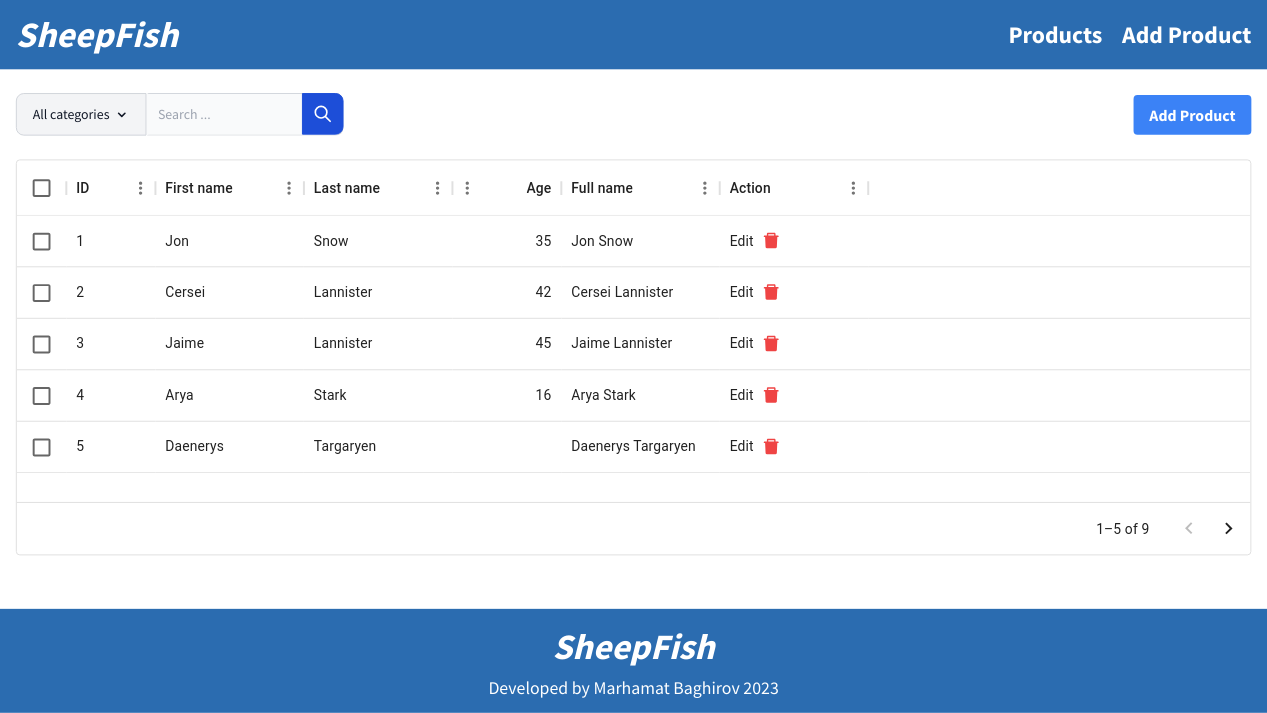
Repository: Marhamat92/sheep-fish-task
Page: /
An editor plug-in stored every save of this project. The page is shown before and after the next save, followed by the edit.
The browser window is 1280 px wide. The pictures show the whole page, at 99% of full size.
The project was rebuilt for these pictures with package versions that can differ from the ones it lists, and the page was loaded fresh each time. Also part of the build but not shown: src/App.css.

Above is the page before, as saved 2023-03-28 18:00:43.

### public/index.html
<!DOCTYPE html>
<html lang="en">

<head>
  <meta charset="utf-8" />
  <link rel="icon" href="%PUBLIC_URL%/favicon.ico" />
  <meta name="viewport" content="width=device-width, initial-scale=1" />
  <meta name="theme-color" content="#000000" />
  <meta name="description" content="Web site created using create-react-app" />
  <link rel="apple-touch-icon" href="%PUBLIC_URL%/logo192.png" />
  <link rel="preconnect" href="https://fonts.googleapis.com">
  <link rel="preconnect" href="https://fonts.gstatic.com" crossorigin>
  <link href="https://fonts.googleapis.com/css2?family=Source+Sans+Pro:wght@200;300;400;600;700;900&display=swap"
    rel="stylesheet">
  <!--
      manifest.json provides metadata used when your web app is installed on a
      user's mobile device or desktop. See https://developers.google.com/web/fundamentals/web-app-manifest/
    -->
  <link rel="manifest" href="%PUBLIC_URL%/manifest.json" />
  <!--
      Notice the use of %PUBLIC_URL% in the tags above.
      It will be replaced with the URL of the `public` folder during the build.
      Only files inside the `public` folder can be referenced from the HTML.

      Unlike "/favicon.ico" or "favicon.ico", "%PUBLIC_URL%/favicon.ico" will
      work correctly both with client-side routing and a non-root public URL.
      Learn how to configure a non-root public URL by running `npm run build`.
    -->
  <title>SheepFish</title>
</head>

<body>
  <noscript>You need to enable JavaScript to run this app.</noscript>
  <div id="root"></div>
  <!--
      This HTML file is a template.
      If you open it directly in the browser, you will see an empty page.

      You can add webfonts, meta tags, or analytics to this file.
      The build step will place the bundled scripts into the <body> tag.

      To begin the development, run `npm start` or `yarn start`.
      To create a production bundle, use `npm run build` or `yarn build`.
    -->
</body>

</html>

### src/index.css
@tailwind base;
@tailwind components;
@tailwind utilities;


body {
  font-family: 'Source Sans Pro', sans-serif;
}

code {
  font-family: 'Source Sans Pro', sans-serif;
}

### src/App.tsx
import React from "react";
import logo from "./logo.svg";
import "./App.css";
import Header from "./components/Header";
import Layout from "./Layout/Layout";
import BaseRouter from "./routes";

function App() {
  return (
    <div>
      <Layout>
        <BaseRouter />
      </Layout>
    </div>
  );
}

export default App;

### src/Layout/Layout.tsx
import React from "react";
import Header from "../components/Header";
import Footer from "../components/Footer";

type Props = {
  children: React.ReactNode;
};

const Layout = ({ children }: Props) => {
  return (
    <div>
      <Header />
      {children}
      <Footer />
    </div>
  );
};

export default Layout;

### src/routes.js
import { Route, Routes } from "react-router-dom";
import React from "react";
import ProductList from "./pages/Products/ProductList";
import AddProduct from "./pages/Products/AddProduct";

const BaseRouter = () => (
  <Routes>
    <Route exact path="/" element={
      <ProductList />
    } />
    <Route exact path="/products"
      element={
        <ProductList />
      }
    />
    <Route exact path="/products/add" element={
      <AddProduct />
    } />
  </Routes>
);

export default BaseRouter;

### src/components/Header.tsx
import React, { useEffect, useState } from "react";
import { Link } from "react-router-dom";
import { BiMenu } from "react-icons/bi";

type Props = {};

const Header = (props: Props) => {
  const [mobileMenu, setMobileMenu] = useState(false);
  const [showMobileMenu, setShowMobileMenu] = useState(false);

  const checkScreenSize = () => {
    if (window.innerWidth <= 768) {
      setMobileMenu(true);
    } else {
      setMobileMenu(false);
      setShowMobileMenu(false);
    }
  };

  useEffect(() => {
    checkScreenSize();
    window.addEventListener("resize", checkScreenSize);
    return () => {
      window.removeEventListener("resize", checkScreenSize);
    };
  }, [mobileMenu]);

  return (
    <div className=' bg-mainPrimary '>
      <div className='container flex flex-row justify-between items-center py-2'>
        <div>
          <h1
            className='
            text-4xl font-bold text-white italic
          '
          >
            SheepFish
          </h1>
        </div>
        {mobileMenu ? (
          <BiMenu
            onClick={() => {
              setShowMobileMenu(true);
            }}
            className='text-3xl text-white'
          />
        ) : (
          <div className='flex flex-row justify-between space-x-5'>
            <Link to='/products'>
              <div
                className='text-2xl font-bold text-white hover:underline transition-all duration-300
          cursor-pointer'
              >
                Products
              </div>
            </Link>
            <Link to='/products/add'>
              <div className='text-2xl font-bold text-white hover:underline transition-all duration-300 cursor-pointer'>
                Add Product
              </div>
            </Link>
          </div>
        )}
        {showMobileMenu && (
          <div className='bg-mainTertiary h-screen absolute top-0 left-0 right-0 '>
            <div className='flex flex-col justify-center items-center'>
              <div className='text-2xl font-bold text-white hover:underline transition-all duration-300 cursor-pointer'>
                Products
              </div>
              <div className='text-2xl font-bold text-white hover:underline transition-all duration-300 cursor-pointer'>
                Add Product
              </div>
            </div>
          </div>
        )}
      </div>
    </div>
  );
};

export default Header;

### src/components/Footer.tsx
import React from "react";

type Props = {};

const Footer = ({}: Props) => {
  return (
    <div className='bg-mainPrimary py-3 absolute bottom-0 w-full'>
      <div className='container mx-auto flex flex-col items-center justify-center'>
        <h1 className='text-4xl font-bold text-white italic text-center'>
          SheepFish
        </h1>
        <p className='text-white font-regular text-lg text-center'>
          Developed by Marhamat Baghirov {new Date().getFullYear()}
        </p>
      </div>
    </div>
  );
};

export default Footer;

### src/pages/Products/ProductList.tsx
import React from "react";
import SearchField from "../../components/SearchField";
import ListTable from "../../components/ListTable";

type Props = {};

function ProductList({}: Props) {
  const rows = [
    { id: 1, lastName: "Snow", firstName: "Jon", age: 35 },
    { id: 2, lastName: "Lannister", firstName: "Cersei", age: 42 },
    { id: 3, lastName: "Lannister", firstName: "Jaime", age: 45 },
    { id: 4, lastName: "Stark", firstName: "Arya", age: 16 },
    { id: 5, lastName: "Targaryen", firstName: "Daenerys", age: null },
    { id: 6, lastName: "Melisandre", firstName: null, age: 150 },
    { id: 7, lastName: "Clifford", firstName: "Ferrara", age: 44 },
    { id: 8, lastName: "Frances", firstName: "Rossini", age: 36 },
    { id: 9, lastName: "Roxie", firstName: "Harvey", age: 65 },
  ];

  return (
    <div className='container mt-6'>
      <div className='flex justify-between items-center'>
        <div>
          <SearchField />
        </div>
        <div>
          <button className='bg-blue-500 hover:bg-blue-700 text-white font-bold py-2 px-4 rounded'>
            Add Product
          </button>
        </div>
      </div>
      <div className='mt-6'>
        <ListTable dataRows={rows} />
      </div>
    </div>
  );
}

export default ProductList;

### src/components/SearchField.tsx
import React from "react";

type Props = {};

const SearchField = (props: Props) => {
  return (
    <form className=''>
      <div className='flex'>
        <label
          htmlFor='search-dropdown'
          className='mb-2 text-sm font-medium text-gray-900 sr-only dark:text-white'
        >
          Your Email
        </label>
        <button
          id='dropdown-button'
          data-dropdown-toggle='dropdown'
          className='flex-shrink-0 z-10 inline-flex items-center py-2.5 px-4 text-sm font-medium text-center text-gray-900 bg-gray-100 border border-gray-300 rounded-l-lg hover:bg-gray-200 focus:ring-4 focus:outline-none focus:ring-gray-100 dark:bg-gray-700 dark:hover:bg-gray-600 dark:focus:ring-gray-700 dark:text-white dark:border-gray-600'
          type='button'
        >
          All categories{" "}
          <svg
            aria-hidden='true'
            className='w-4 h-4 ml-1'
            fill='currentColor'
            viewBox='0 0 20 20'
            xmlns='http://www.w3.org/2000/svg'
          >
            <path
              fill-rule='evenodd'
              d='M5.293 7.293a1 1 0 011.414 0L10 10.586l3.293-3.293a1 1 0 111.414 1.414l-4 4a1 1 0 01-1.414 0l-4-4a1 1 0 010-1.414z'
              clip-rule='evenodd'
            ></path>
          </svg>
        </button>
        <div
          id='dropdown'
          className='z-10 hidden bg-white divide-y divide-gray-100 rounded-lg shadow w-44 dark:bg-gray-700'
        >
          <ul
            className='py-2 text-sm text-gray-700 dark:text-gray-200'
            aria-labelledby='dropdown-button'
          >
            <li>
              <button
                type='button'
                className='inline-flex w-full px-4 py-2 hover:bg-gray-100 dark:hover:bg-gray-600 dark:hover:text-white'
              >
                Mockups
              </button>
            </li>
            <li>
              <button
                type='button'
                className='inline-flex w-full px-4 py-2 hover:bg-gray-100 dark:hover:bg-gray-600 dark:hover:text-white'
              >
                Templates
              </button>
            </li>
            <li>
              <button
                type='button'
                className='inline-flex w-full px-4 py-2 hover:bg-gray-100 dark:hover:bg-gray-600 dark:hover:text-white'
              >
                Design
              </button>
            </li>
            <li>
              <button
                type='button'
                className='inline-flex w-full px-4 py-2 hover:bg-gray-100 dark:hover:bg-gray-600 dark:hover:text-white'
              >
                Logos
              </button>
            </li>
          </ul>
        </div>
        <div className='relative w-full'>
          <input
            type='search'
            id='search-dropdown'
            className='block p-2.5 w-full z-20 text-sm text-gray-900 bg-gray-50 rounded-r-lg border-l-gray-50 border-l-2 border border-gray-300    dark:placeholder-gray-400 dark:text-white  focus:ring-transparent first-letter:
            focus:ring-4 focus:outline-none focus:ring-blue-300 dark:bg-gray-600
            '
            placeholder='Search ...'
            required
          />
          <button
            type='submit'
            className='absolute top-0 right-0 p-2.5 text-sm font-medium text-white bg-blue-700 rounded-r-lg border border-blue-700 hover:bg-blue-800 focus:ring-4 focus:outline-none focus:ring-blue-300 dark:bg-blue-600 dark:hover:bg-blue-700 dark:focus:ring-blue-800'
          >
            <svg
              aria-hidden='true'
              className='w-5 h-5'
              fill='none'
              stroke='currentColor'
              viewBox='0 0 24 24'
              xmlns='http://www.w3.org/2000/svg'
            >
              <path
                stroke-linecap='round'
                stroke-linejoin='round'
                stroke-width='2'
                d='M21 21l-6-6m2-5a7 7 0 11-14 0 7 7 0 0114 0z'
              ></path>
            </svg>
            <span className='sr-only'>Search</span>
          </button>
        </div>
      </div>
    </form>
  );
};

export default SearchField;

### src/components/ListTable.tsx
import React from "react";
import Box from "@mui/material/Box";
import { DataGrid, GridColDef, GridValueGetterParams } from "@mui/x-data-grid";
import { Link } from "react-router-dom";
import { AiFillDelete } from "react-icons/ai";

type Props = {
  dataRows: any;
};

const ListTable = ({ dataRows }: Props) => {
  const columns: GridColDef[] = [
    { field: "id", headerName: "ID", width: 90 },
    {
      field: "firstName",
      headerName: "First name",
      width: 150,
      editable: true,
    },
    {
      field: "lastName",
      headerName: "Last name",
      width: 150,
      editable: true,
    },
    {
      field: "age",
      headerName: "Age",
      type: "number",
      width: 110,
      editable: true,
    },
    {
      field: "fullName",
      headerName: "Full name",
      description: "This column has a value getter and is not sortable.",
      sortable: false,
      width: 160,
      valueGetter: (params: GridValueGetterParams) =>
        `${params.row.firstName || ""} ${params.row.lastName || ""}`,
    },
    {
      field: "action",
      headerName: "Action",
      width: 150,
      renderCell: (params) => {
        return (
          <div className='flex flex-row items-center'>
            <Link to={"/product/" + params.row.id}>
              <button className='productListEdit'>Edit</button>
            </Link>
            <AiFillDelete
              onClick={() => {
                removeProduct(params.row.id);
              }}
              className='text-xl text-red-500 cursor-pointer ml-2'
            />
          </div>
        );
      },
    },
  ];

  const removeProduct = (id: any) => {
    console.log(id);
  };

  return (
    <Box sx={{ height: 400, width: "100%" }}>
      <DataGrid
        rows={dataRows}
        columns={columns}
        initialState={{
          pagination: {
            paginationModel: {
              pageSize: 5,
            },
          },
        }}
        pageSizeOptions={[5]}
        checkboxSelection
        disableRowSelectionOnClick
      />
    </Box>
  );
};

export default ListTable;

### tailwind.config.js
/** @type {import('tailwindcss').Config} */
module.exports = {
  content: ["./src/**/*.{js,jsx,ts,tsx}",],
  theme: {
    extend: {
      colors: {
        "textPrimary": "#1a202c",
        "textSecondary": "#2d3748",
        "textTertiary": "#4a5568",
        "mainPrimary": "#2b6cb0",
        "mainSecondary": "#4299e1",
        "mainTertiary": "#63b3ed",
        "success": "#48bb78",
        "danger": "#e53e3e",
        "warning": "#dd6b20",
        "info": "#3182ce",
        "light": "#f7fafc",
        "dark": "#1a202c",
        "white": "#fff",
        "black": "#000",
        //close this
      },
      fontFamily: {
        sans: ["Roboto", "sans-serif"],
      },
      fontSize: {
        "xs": ".75rem",
        "sm": ".875rem",
        "tiny": ".875rem",
        "base": "1rem",
        "lg": "1.125rem",
        "xl": "1.25rem",
        "2xl": "1.5rem",
        "3xl": "1.875rem",
        "4xl": "2.25rem",
        "5xl": "3rem",
        "6xl": "4rem",
        "7xl": "5rem",
        "8xl": "6rem",
        "9xl": "7rem",
        "10xl": "8rem",
      },
      spacing: {
        "0": "0",
        "1": "0.25rem",
        "2": "0.5rem",
        "3": "0.75rem",
        "4": "1rem",
        "5": "1.25rem",
        "6": "1.5rem",
        "8": "2rem",
      },
      boxShadow: {
        "xs": "0 0 0 1px rgba(0, 0, 0, 0.05)",
        "sm": "0 1px 2px 0 rgba(0, 0, 0, 0.05)",
        "default": "0 1px 3px 0 rgba(0, 0, 0, 0.1), 0 1px 2px 0 rgba(0, 0, 0, 0.06)",
        "md": "0 4px 6px -1px rgba(0, 0, 0, 0.1), 0 2px 4px -1px rgba(0, 0, 0, 0.06)",
        "lg": "0 10px 15px -3px rgba(0, 0, 0, 0.1), 0 4px 6px -2px rgba(0, 0, 0, 0.05)",
        "xl": "0 20px 25px -5px rgba(0, 0, 0, 0.1), 0 10px 10px -5px rgba(0, 0, 0, 0.04)",
        "2xl": "0 25px 50px -12px rgba(0, 0, 0, 0.25)",
      },
      screens: {
        "xs": "320px",
        "sm": "640px",
        "md": "768px",
        "lg": "1024px",
        "xl": "1280px",
        "2xl": "1536px",
      },

      container: {
        center: true,
        padding: "1rem",
      },

    },
    plugins: [




    ],
  }
}

Loaded but not shown: src/index.tsx (common file); src/reportWebVitals.ts (common file); src/pages/Products/AddProduct.tsx (no stored copy; drawn as an empty file)

After the next save:
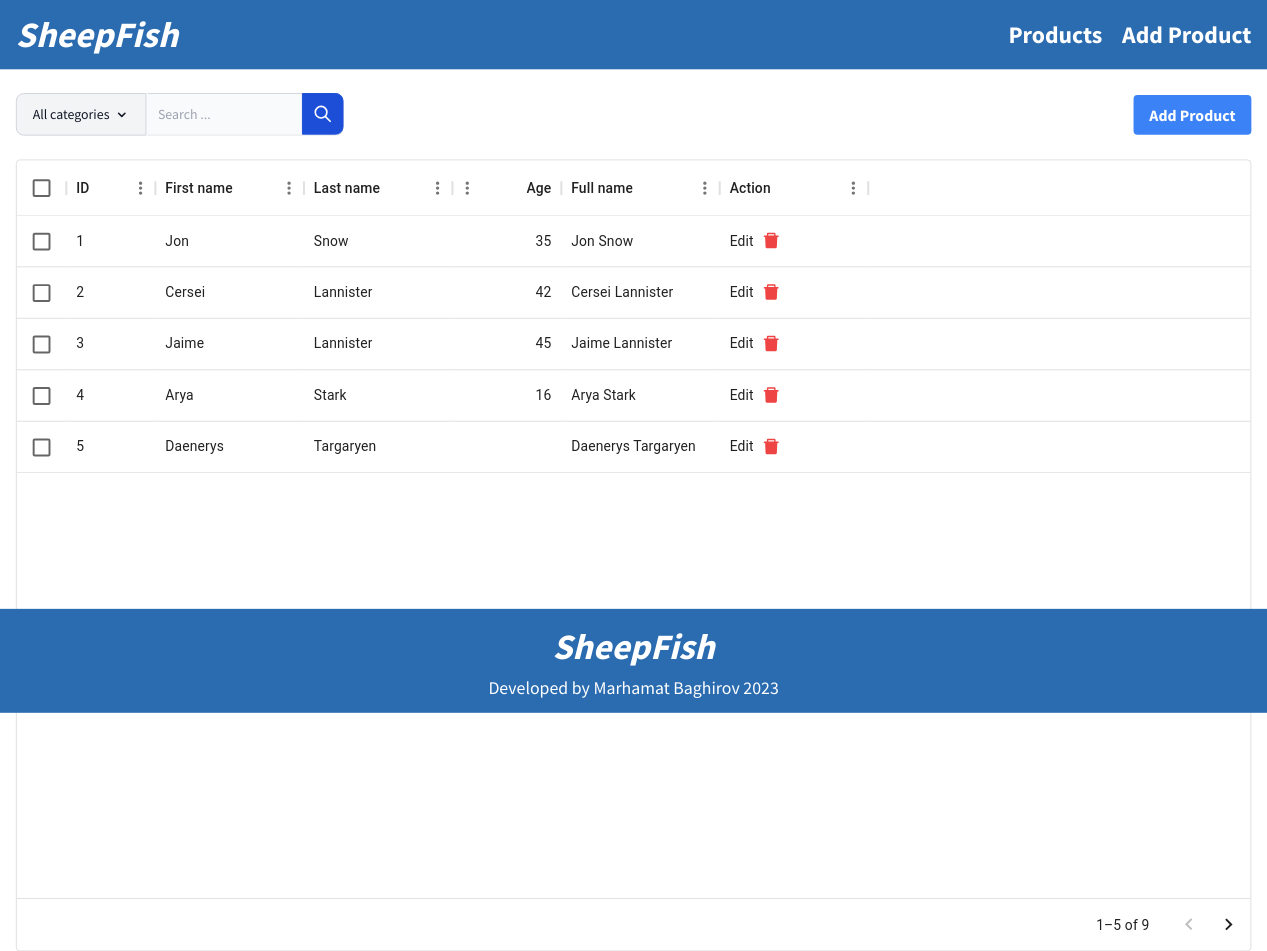
Saved 9 s later.
--- a/src/components/ListTable.tsx
+++ b/src/components/ListTable.tsx
@@ -66,7 +66,7 @@
   };
 
   return (
-    <Box sx={{ height: 400, width: "100%" }}>
+    <Box sx={{ height: 800, width: "100%" }}>
       <DataGrid
         rows={dataRows}
         columns={columns}
